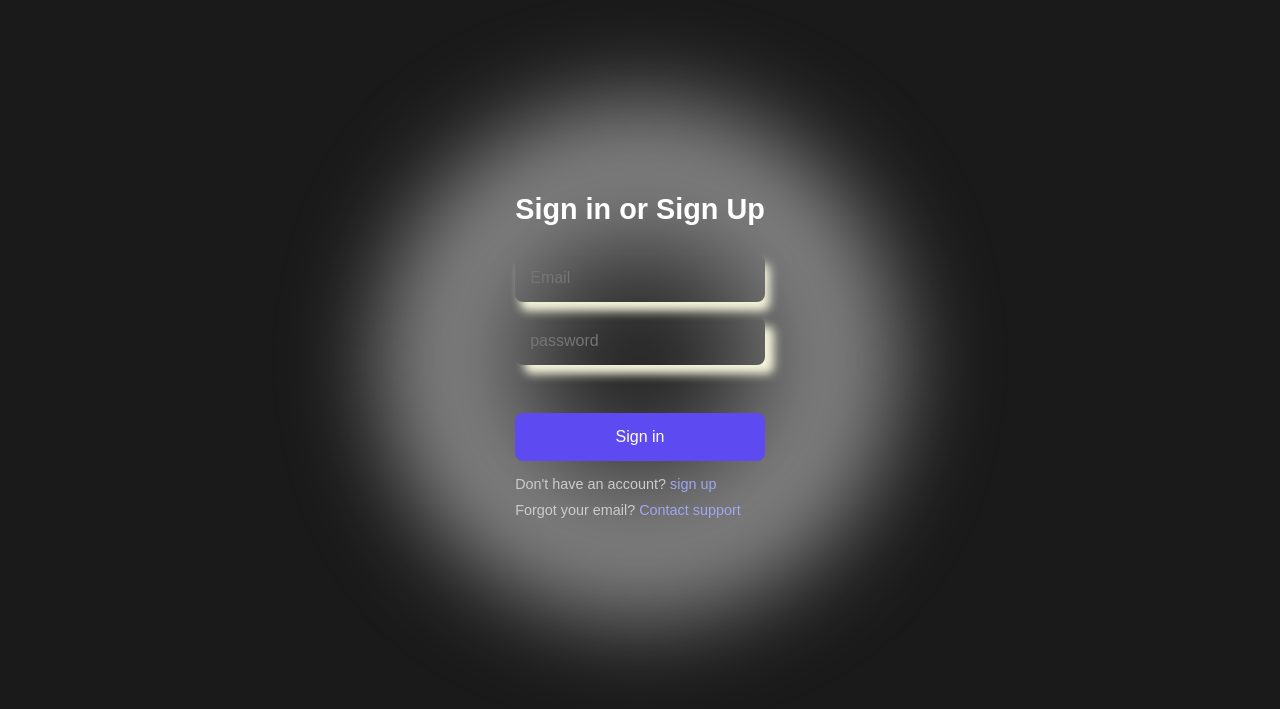
Repository: cmd-keyu/mobileppsh
Page: pages/login.html
These files come from the project's save history. The page is drawn as it stood at one moment and after the next save; the edit follows.
The browser window is 1280 px wide. The pictures show the whole page.

Above is the page before, as saved 2024-11-12 12:15:31.

After the next save:
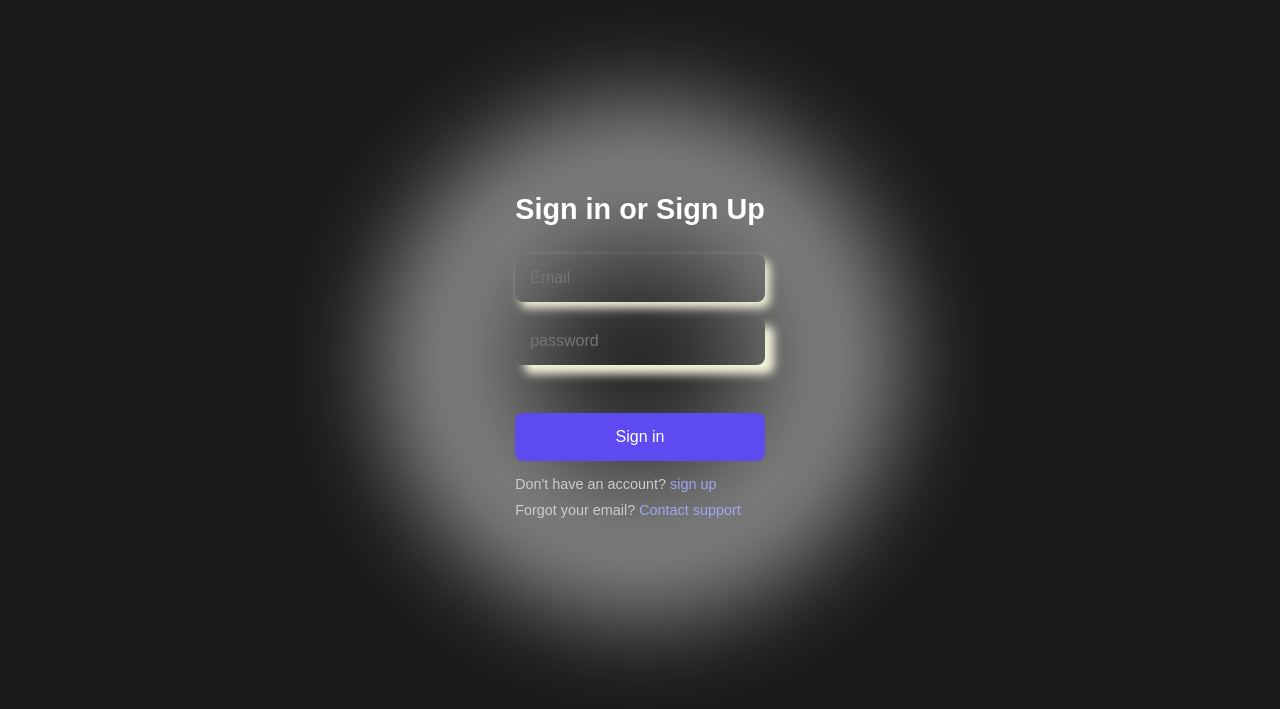
Saved 8 s later.
--- a/css/login.css
+++ b/css/login.css
@@ -63,7 +63,7 @@
     border-radius: 8px;
     outline: none;
     width: 100%;
-     box-shadow: 5px 9px 10px beige;
+     box-shadow: 5px 6px 10px beige;
      color: wheat;
 
   }
